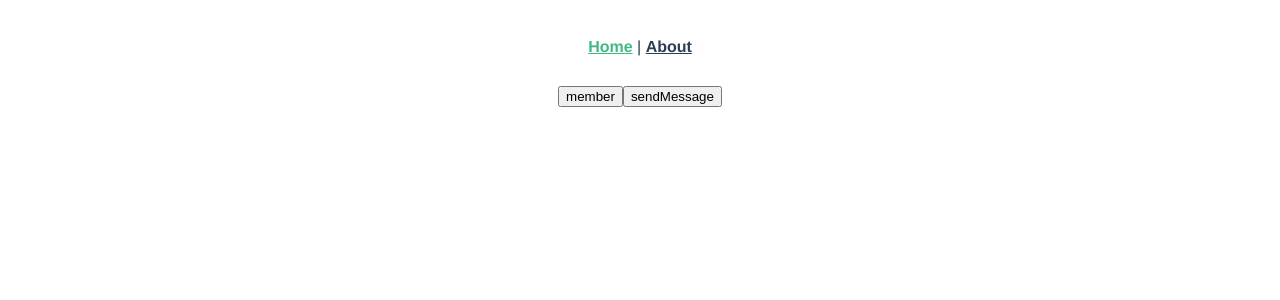
Repository: luckybigboy/gitTest
Page: /
An editor plug-in stored every save of this project. The page is shown before and after the next save, followed by the edit.
The browser window is 1280 px wide. The pictures show the whole page.
The project was rebuilt for these pictures with package versions that can differ from the ones it lists, and the page was loaded fresh each time. Also part of the build but not shown: vue.config.js.

Above is the page before, as saved 2020-09-27 14:12:06.

After the next save:
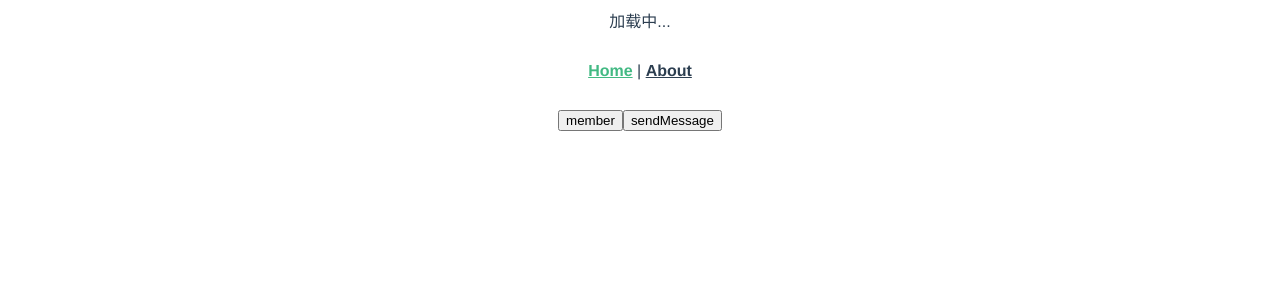
Saved 37 s later.
--- a/src/App.vue
+++ b/src/App.vue
@@ -1,5 +1,6 @@
 <template>
   <div id="app">
+    <div class="loading">加载中...</div>
     <div id="nav">
       <router-link to="/">Home</router-link> |
       <router-link to="/about">About</router-link>

After the save that followed:
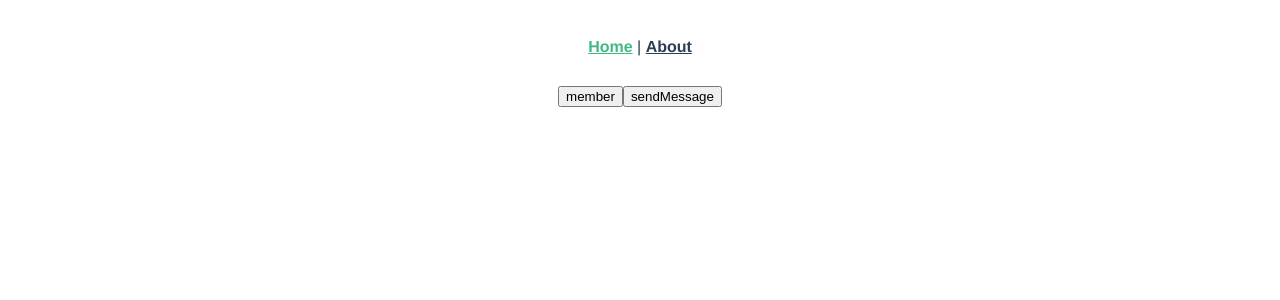
Saved 56 s later.
--- a/src/App.vue
+++ b/src/App.vue
@@ -1,45 +1,45 @@
 <template>
   <div id="app">
-    <div class="loading">加载中...</div>
-    <div id="nav">
-      <router-link to="/">Home</router-link> |
-      <router-link to="/about">About</router-link>
-    </div>
-    <router-view />
+    <div class="loading" v-if="isLoading">加载中...</div>
+    <template v-else>
+      <div id="nav">
+        <router-link to="/">Home</router-link> |
+        <router-link to="/about">About</router-link>
+      </div>
+      <router-view />
+    </template>
   </div>
 </template>
 <script>
-  import router from './router'
-  import { mapState } from 'vuex'
-  export default {
-    data() {
-      return {
-
-      }
-    },
-    computed: {
-      ...mapState(['user'])
-    },
-    created() {
-      console.log(this.user)
-      this.onLogin()
-    },
-    methods: {
-      onLogin() {
-        router.beforeEach((to, from, next) => {
-          if(to.path === '/about' && this.user.isLogin) {
-            console.log('还未登录')
-            next({
-              path:'/login',
-              replace: true
-            })
-          } else {
-            next()
-          }
-        })
-      }
+import router from "./router";
+import { mapState } from "vuex";
+export default {
+  data() {
+    return {};
+  },
+  computed: {
+    ...mapState(["user"])
+  },
+  created() {
+    console.log(this.user);
+    this.onLogin();
+  },
+  methods: {
+    onLogin() {
+      router.beforeEach((to, from, next) => {
+        if (to.path === "/about" && this.user.isLogin) {
+          console.log("还未登录");
+          next({
+            path: "/login",
+            replace: true
+          });
+        } else {
+          next();
+        }
+      });
     }
   }
+};
 </script>
 <style lang="scss">
 #app {
